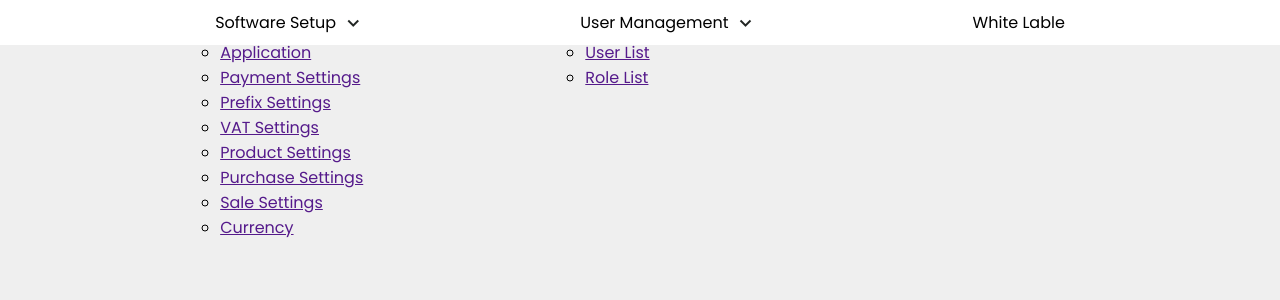
Repository: codebyaddro/pos-settings
Page: settings.html
An editor plug-in stored every save of this project. The page is shown before and after a run of saves, followed by the edit.
The browser window is 1280 px wide. The pictures show the whole page.

Above is the page before, as saved 2025-02-16 14:39:18.

After the next 23 saves:
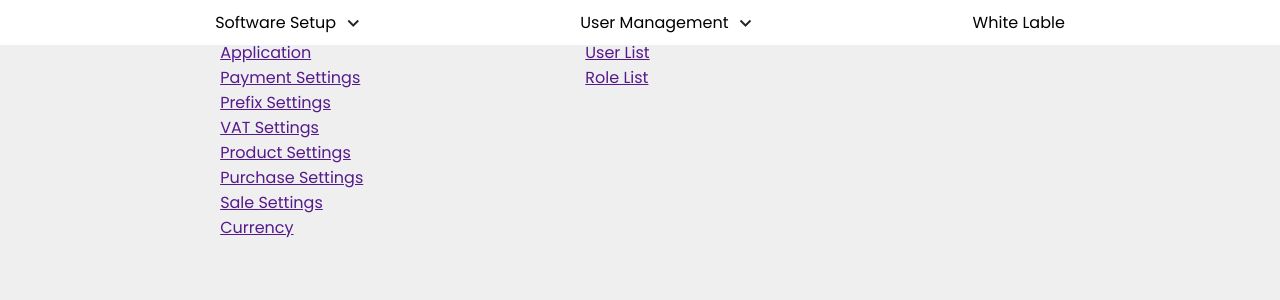
The 23 saves are shown as one change because they came seconds apart.
The last was saved 97 s later.
--- a/css/settings.css
+++ b/css/settings.css
@@ -74,6 +74,10 @@
 
 /* -- settings top menu bar dropdown style -- */
 
+.cba-settings-top-menubar > ul > li > ul {
+    list-style-type: none;
+}
+
 .cba-settings-top-menubar > ul > .cba-stm-one {
     position: relative;
 }
